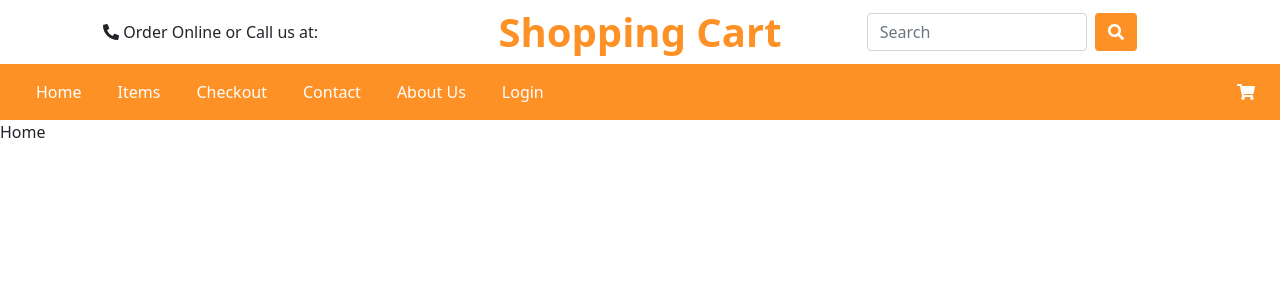
Repository: SaudCh/React-Ecommerce
Page: /
The author's editor kept a copy of each file at every save. The page is drawn from the files as they stood at one save, then again after the next save.
The browser window is 1280 px wide. The page is 1284 px wide, so the pictures cover 1284 px, including what lies to the right of the window. The pictures show the whole page.
The project was rebuilt for these pictures with package versions that can differ from the ones it lists, and the page was loaded fresh each time. Also part of the build but not shown: src/App.css.

Above is the page before, as saved 2021-12-05 12:45:19.

### src/App.js
import "./App.css";
import Header from "./Header/Header";
import "../node_modules/bootstrap/dist/css/bootstrap.min.css";
import "../node_modules/bootstrap/dist/js/bootstrap.bundle.min";
import { BrowserRouter, Switch, Route } from "react-router-dom";

function App() {
  return (
    <BrowserRouter>
      <Header />
      <Switch>
        <Route path="/" exact>
          <div>Home</div>
        </Route>
      </Switch>
    </BrowserRouter>
  );
}

export default App;

### src/Header/Header.jsx
import {
  faPhoneAlt,
  faSearch,
  faShoppingCart,
} from "@fortawesome/free-solid-svg-icons";
import { FontAwesomeIcon } from "@fortawesome/react-fontawesome";
import React from "react";
import { Link } from "react-router-dom";
import "./Header.css";

export default function Header() {
  return (
    <div>
      <nav className="cotainer-fluid m-2">
        <div className="row align-items-center">
          <div className="col-12 col-md-4 text-center ">
            <p className="m-0 p-0">
              <FontAwesomeIcon icon={faPhoneAlt} /> Order Online or Call us at:{" "}
            </p>
          </div>
          <div className="col-12 col-md-4 text-center">
            <p className="m-0 fw-bold h1" style={{ color: "#fe9126" }}>
              Shopping Cart
            </p>
          </div>
          <div className="col-12 col-md-4 text-center">
            <form class="d-flex col-12 col-lg-8">
              <input
                class="form-control me-2"
                type="search"
                placeholder="Search"
                aria-label="Search"
              />
              <button
                class="btn text-white"
                style={{ backgroundColor: "#fe9126" }}
                type="submit"
              >
                <FontAwesomeIcon icon={faSearch} />
              </button>
            </form>
          </div>
        </div>
      </nav>
      <nav
        class="navbar navbar-expand-md navbar-dark"
        style={{ backgroundColor: "#fe9126" }}
      >
        <div class="container-fluid">
          <Link class="navbar-brand" href="#"></Link>

          <button
            class="navbar-toggler"
            type="button"
            data-bs-toggle="collapse"
            data-bs-target="#navbarSupportedContent"
            aria-controls="navbarSupportedContent"
            aria-expanded="false"
            aria-label="Toggle navigation"
          >
            <span class="navbar-toggler-icon"></span>
          </button>
          <div class="collapse navbar-collapse" id="navbarSupportedContent">
            <ul class="navbar-nav me-auto mb-2 mb-lg-0 nav-ul">
              <li class="nav-item">
                <Link class="nav-link  text-white" aria-current="page" to="#">
                  Home
                </Link>
              </li>
              <li class="nav-item">
                <Link class="nav-link  text-white" to="#">
                  Items
                </Link>
              </li>

              <li class="nav-item">
                <Link
                  class="nav-link text-white"
                  to="#"
                  tabindex="-1"
                  aria-disabled="true"
                >
                  Checkout
                </Link>
              </li>
              <li class="nav-item">
                <Link
                  class="nav-link text-white"
                  to="#"
                  tabindex="-1"
                  aria-disabled="true"
                >
                  Contact
                </Link>
              </li>
              <li class="nav-item">
                <Link
                  class="nav-link text-white"
                  to="#"
                  tabindex="-1"
                  aria-disabled="true"
                >
                  About Us
                </Link>
              </li>
              <li class="nav-item">
                <Link
                  class="nav-link text-white"
                  to="#"
                  tabindex="-1"
                  aria-disabled="true"
                >
                  Login
                </Link>
              </li>
            </ul>
            <button className="btn text-white">
              <FontAwesomeIcon icon={faShoppingCart} />
            </button>
          </div>
        </div>
      </nav>
    </div>
  );
}

### src/Header/Header.css
.nav-ul li {
  margin-right: 20px;
}

Loaded but not shown: public/index.html (common file); src/index.js (common file); src/reportWebVitals.js (common file)

After the next save:
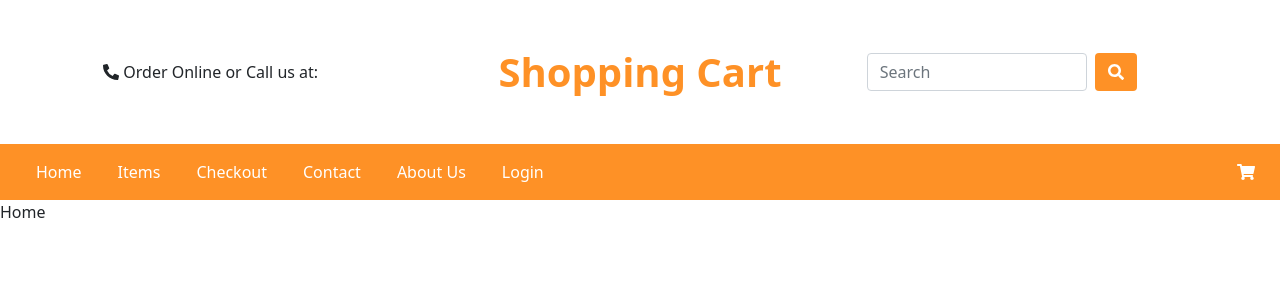
Saved 47 s later.
--- a/src/Header/Header.jsx
+++ b/src/Header/Header.jsx
@@ -11,7 +11,7 @@ import "./Header.css";
 export default function Header() {
   return (
     <div>
-      <nav className="cotainer-fluid m-2">
+      <nav className="cotainer-fluid m-2 my-5">
         <div className="row align-items-center">
           <div className="col-12 col-md-4 text-center ">
             <p className="m-0 p-0">
